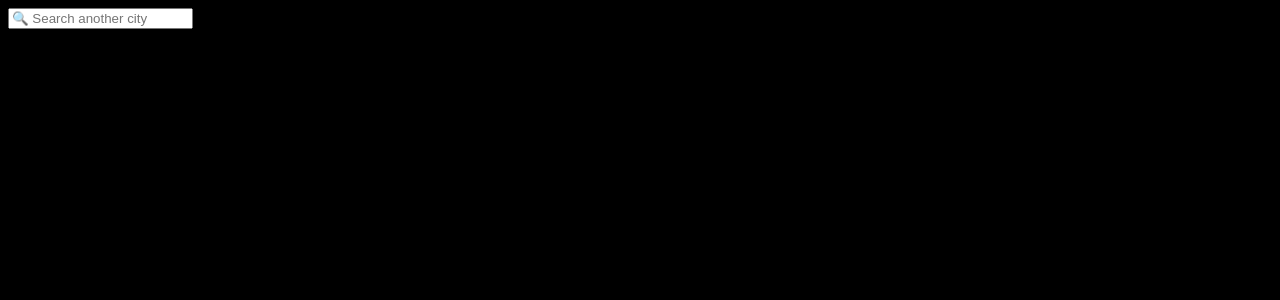
Repository: liav13/WeatherTast
Page: index.html
These files come from the project's save history. The page is drawn as it stood at one moment and after the next save; the edit follows.
The browser window is 1280 px wide. The pictures show the whole page.
The style sheet was rebuilt from its Sass, Less or Tailwind sources for each picture, by a compiler version that may differ from the author's.

Above is the page before, as saved 2019-07-13 13:33:16.

After the next save:
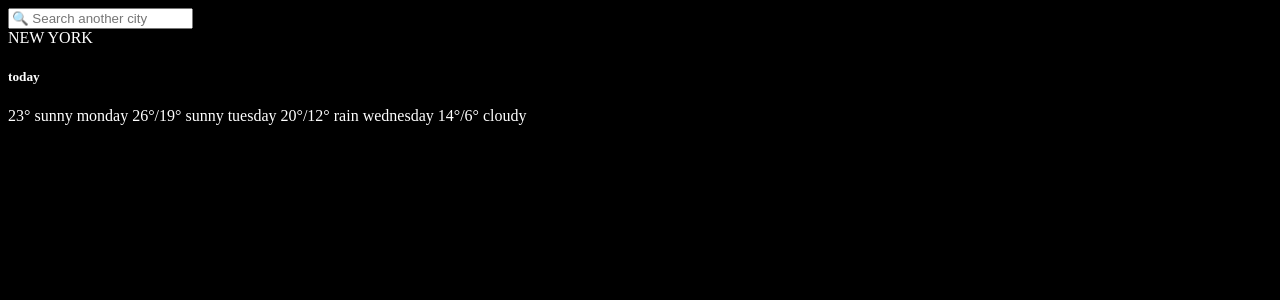
Saved 21 s later.
--- a/styles/style.scss
+++ b/styles/style.scss
@@ -3,3 +3,6 @@
 body{
     background-color:black;
 }
+*{
+    color: $primaryColor;
+}
